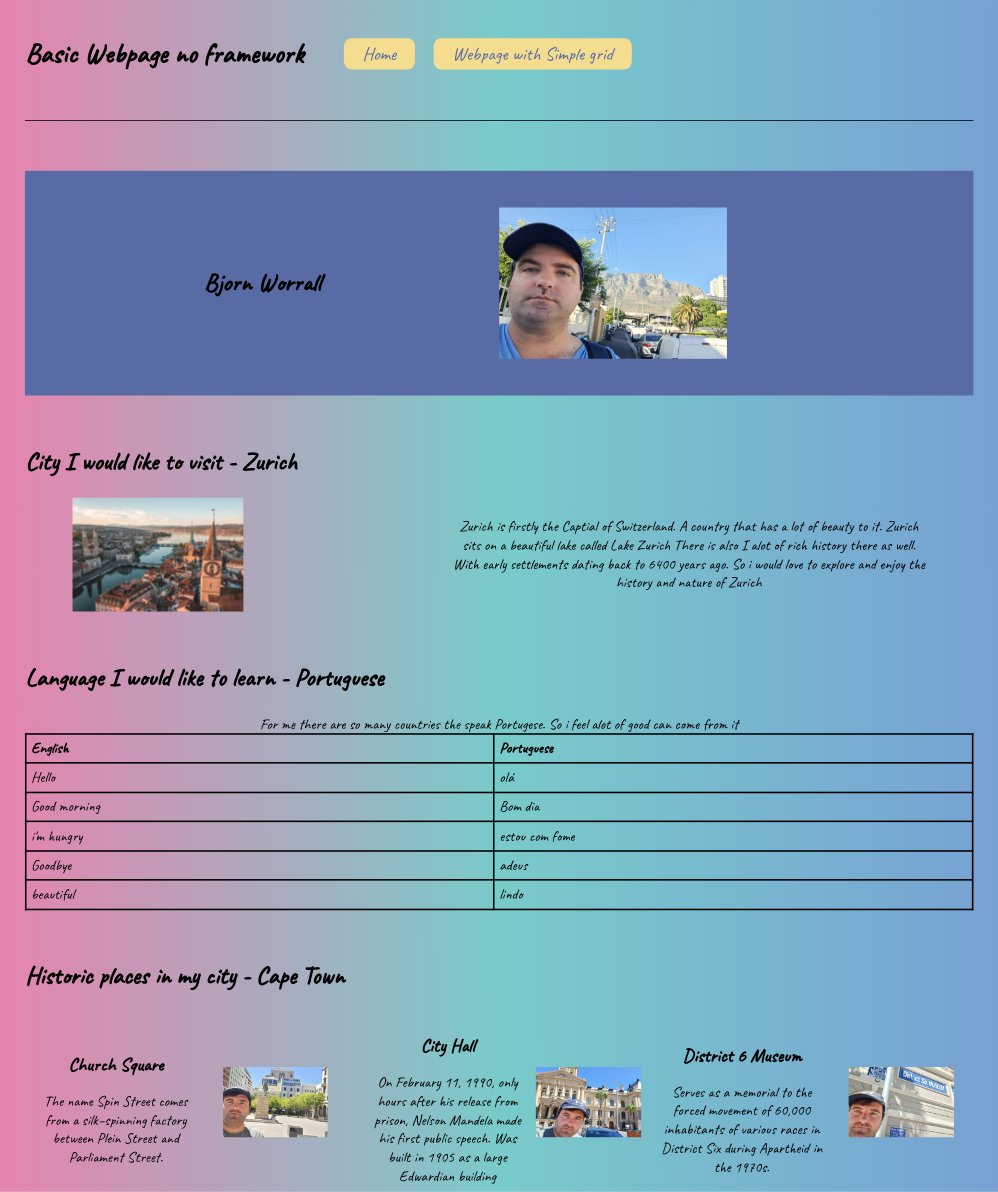
Repository: lasity34/basic-webpage
Page: my - webpage.html
These files come from the project's save history. The page is drawn as it stood at one moment and after the next save; the edit follows.
The browser window is 1280 px wide. The pictures show the whole page, at 78% of full size.

Above is the page before, as saved 2023-03-09 09:39:31.

### my - webpage.html
<!DOCTYPE html>
<html lang="en">
  <link rel="stylesheet" type="text/css" href="styles.css" />
  <link rel="preconnect" href="https://fonts.googleapis.com" />
  <link rel="preconnect" href="https://fonts.gstatic.com" crossorigin />
  <link
    href="https://fonts.googleapis.com/css2?family=Caveat&display=swap"
    rel="stylesheet"
  />

  <head>
    <meta charset="UTF-8" />
    <meta http-equiv="X-UA-Compatible" content="IE=edge" />
    <meta name="viewport" content="width=device-width, initial-scale=1.0" />
    <title>Basic website</title>
  </head>
  <body>
    <main>
      <header>
        <nav id="nav_profile">
          <h2>Basic Webpage no framework</h2>
          <ul>
            <li><a href="./index.html">Home</a></li>
            <li><a href="./my - webpage - grid.html">Webpage with Simple grid</a></li>
          </ul>
        </nav>
      </header>
      <section id="profile_section">
        <h1 id="profile_name">Bjorn Worrall</h1>
          <img
            id="profile_img"
            src="./images/profile.jpg"
            alt="A picture of me with table Mountain at the back"
          />
      </section>
      <section id="city_section">
        <h1>City I would like to visit - Zurich</h1>
        <div id="city_container">
          <img src="./images/zurich.jpg" width="60%" />
          <p>
            Zurich is firstly the Captial of Switzerland. A country that has a lot
            of beauty to it. Zurich sits on a beautiful lake called Lake Zurich
            There is also I alot of rich history there as well. With early
            settlements dating back to 6400 years ago. So i would love to explore
            and enjoy the history and nature of Zurich
          </div>
          </p>
      </section>
      <section id="language">
        <h1>Language I would like to learn - Portuguese</h1>
        <p>
          For me there are so many countries the speak Portugese. So i feel alot
          of good can come from it
        </p>

        <table>
          <tr>
            <th>English</th>
            <th>Portuguese</th>
          </tr>
          <tr>
            <td>Hello</td>
            <td>olá</td>
          </tr>
          <tr>
            <td>Good morning</td>
            <td>Bom dia</td>
          </tr>
          <tr>
            <td>i'm hungry</td>
            <td>estou com fome</td>
          </tr>
          <tr>
            <td>Goodbye</td>
            <td>adeus</td>
          </tr>
          <tr>
            <td>beautiful</td>
            <td>lindo</td>
          </tr>
        </table>
      </section>
      <section id="historic_places">
        <h1>Historic places in my city - Cape Town</h1>
        <div id="places_grid">
          <div class="places_container">
            <div class="places_info">
              <h2>Church Square</h2>
              <p>
                The name Spin Street comes from a silk–spinning factory between
                Plein Street and Parliament Street.
              </p>
            </div>
            <img src="./images/church_square.jpg" />
          </div>
          <div class="places_container">
            <img src="./images/city_hall.jpg" />
            <div id="places_info_hall">
              <h2>City Hall</h2>

              <p>
                On February 11, 1990, only hours after his release from prison,
                Nelson Mandela made his first public speech. Was built in 1905
                as a large Edwardian building
              </p>
            </div>
          </div>
          <div class="places_container">
            <div class="places_info">
              <h2>District 6 Museum</h2>
              <p>
                Serves as a memorial to the forced movement of 60,000
                inhabitants of various races in District Six during Apartheid in
                the 1970s.
              </p>
            </div>
            <img src="./images/district_6.jpg" />
          </div>
        </div>
      </section>
    </main>
  </body>
</html>

### styles.css
/* global */

* {
  font-family: "Caveat", "Arial Narrow", Arial, sans-serif;
}

body,
html {
  width: 100%;
  height: 100%;
  margin: 0;
  background: #77a1d3; /* fallback for old browsers */
  background: -webkit-linear-gradient(
    to right,
    #e684ae,
    #79cbca,
    #77a1d3
  ); /* Chrome 10-25, Safari 5.1-6 */
  background: linear-gradient(
    to right,
    #e684ae,
    #79cbca,
    #77a1d3
  ); /* W3C, IE 10+/ Edge, Firefox 16+, Chrome 26+, Opera 12+, Safari 7+ */
  padding: 0;
}

main {
  max-width: 95%;
  margin: 1rem auto;
}

header {
  border-bottom: 1px solid black;
  padding-bottom: 2em;
}

ul {
  width: 60%;
}

li {
  list-style: none;
}

a {
  text-decoration: none;
  background-color: #f5dd90;
  color: #586ba4;
  width: 100%;
  padding: 0.2em 1em;
  margin: 1em 0.5em;
  border-radius: 10px;

}

p {
  font-size: 1.2rem;
}

h1 {
  font-size: 2rem;
}

h2 {
  text-align: center;
}

section {
  margin-top: 4rem;
  text-align: center;
}

/* Nav Bar */



#nav_profile ul,
#nav_profile {
  display: flex;
  align-items: center;

}

#nav_profile a {
  font-size: 1.5rem;
}


/* profile */

#profile_name {
  font-size: 2rem;
  text-align: center;

}

#img_container {
  text-align: center;
}

#profile_img {
  width: 60%;
}

/* language */

table {
  margin: auto;
  border-collapse: collapse;
  border-spacing: 0;
}

td,
th {
  border: 2px solid black;
  padding: 0.3em;
  width: 1%;
  text-align: left;
  font-size: 1.2rem;
}

/* historic places */

.places_container {
  display: grid;
  grid-template-columns: 40% 50%;
  padding: 0.5em;
  justify-content: space-around;
  align-items: center;
}

.places_info {
  padding-right: 1.5em;
  text-align: center;
}

#places_info_hall {
  padding-left: 1.5em;
}

.places_container img {
  width: 100%;
  margin: auto;
}


/* max-width 567px */

@media (max-width: 567px) {
  .places_container {
    display: flex;
    flex-direction: column;
    margin: 0.5em 0;
    padding: 0 0.5em;
    border-top: 1px black solid;
  }

  .places_container img {
    width: 65%;
  }

  #places_info_hall {
    order: -1;
    padding-left: 0;
  }

  .places_info,
  #places_info_hall {
    margin-bottom: 2em;
  }

  p {
    font-size: 1.2rem;
  }
}

@media (max-width: 719px) {
  #nav_profile {
    display: block;
  }

  #nav_profile ul {
    display: block;
    margin: 0 auto;
  }

  #nav_profile li {
    margin-top: 1em;
    text-align: center;
  }



  #nav_profile h4 {
    text-align: center;
  }
}

/* min-width 1010px */

@media (min-width: 1010px) {
  main {
    max-width: 95%;
  }

  #nav_profile   {
    font-size: 1.5rem;

  }

  #profile_section {
    display: grid;
    grid-template-columns: 50% 40%;
    align-items: center;
    background-color: #586ba4;
    height: 40vh;
  }


  h1 {
    text-align: left;
  }

  p,
  .places_info,
  #places_info_hall {
    margin: auto 0;
  }

  #city_container {
    display: grid;
    justify-content: space-around;
    grid-template-columns: 30% 50%;
  }

  #places_grid {
    display: grid;
    grid-template-columns: 33% 33% 33%;
  }

  #places_info_hall {
    order: -1;
  }

  .places_container {
    grid-template-columns: 60% 35%;
  }
}

/* landing page */

#landing_title {
  text-align: center;
  color: rgb(111, 65, 8);
  font-size: 3rem;
  background-color: rgba(255, 255, 255, 0.2);
}

#nav_landing {
  height: 80vh;
  display: flex;
  justify-content: space-around;
  align-items: center;
}

#nav_landing ul {
  display: flex;
  justify-content: space-around;
  align-content: center;
  height: 13vh;
}

a:hover {
  background-color: black;
  color: green;
}

a:hover {
  color: green;
}

#whole_body {
  background-color: rgba(18, 16, 16, 1);
  background-image: url(./images/landing.jpg);
  background-size: cover;
  background-repeat: no-repeat;
  background-position: center center;
  margin: 0;
}

After the next save:
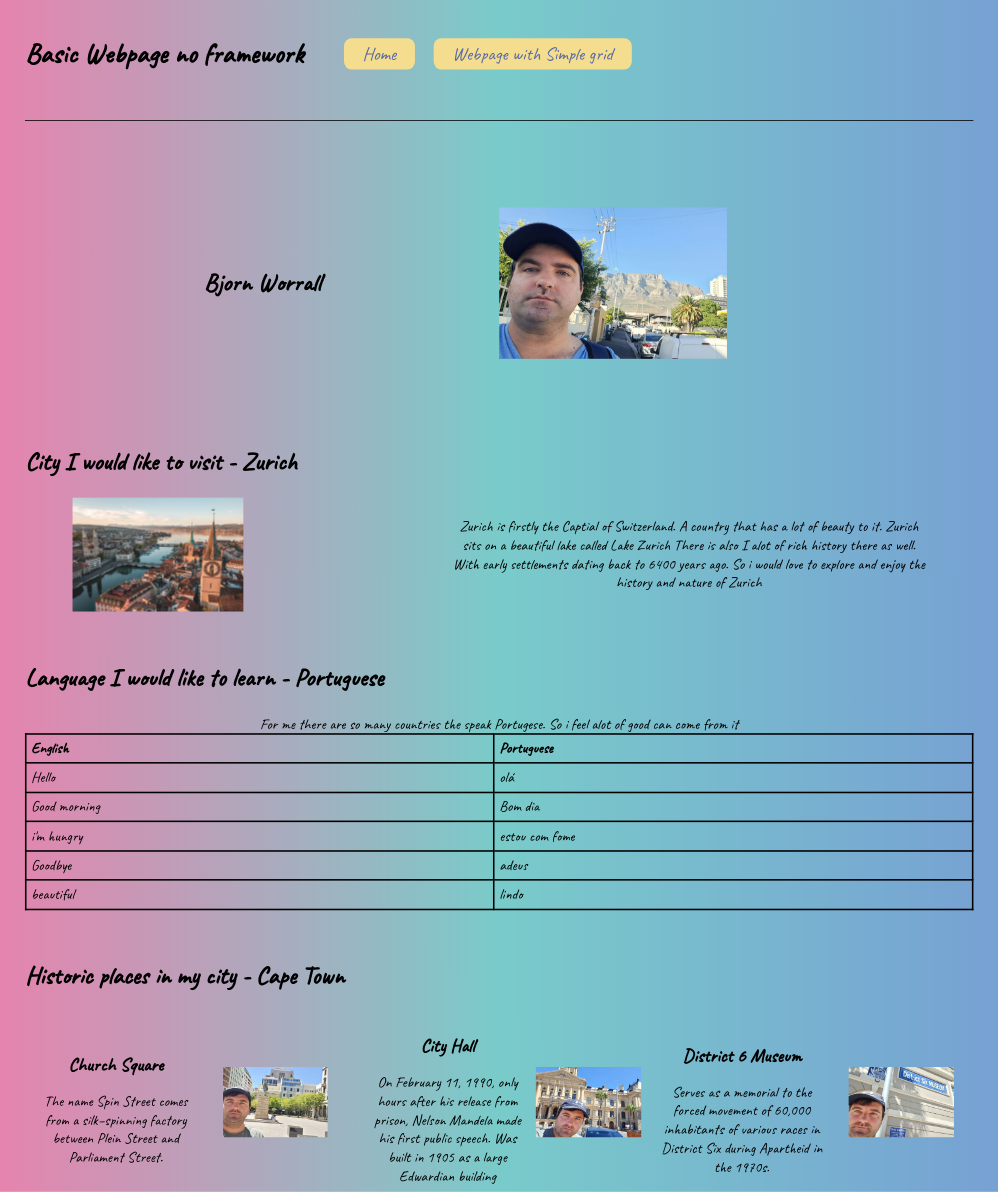
Saved 8 s later.
--- a/styles.css
+++ b/styles.css
@@ -213,7 +213,6 @@ th {
     display: grid;
     grid-template-columns: 50% 40%;
     align-items: center;
-    background-color: #586ba4;
     height: 40vh;
   }
 
